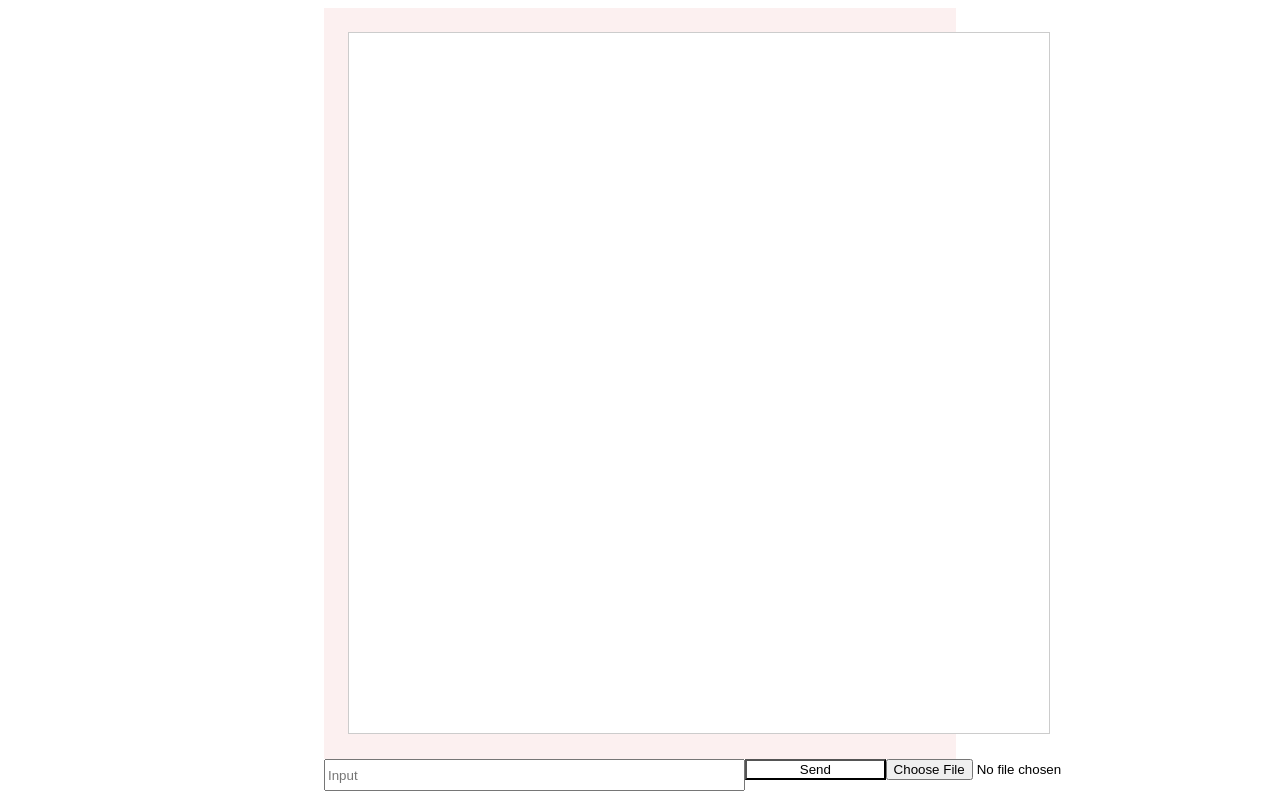
Repository: ddt2h/node-express-chat
Page: front/index.html
These files come from the project's save history. The page is drawn as it stood at one moment and after the next save; the edit follows.
The browser window is 1280 px wide. The pictures show the whole page.
The page's requests for data from a server got no answer.

Above is the page before, as saved 2024-07-08 16:07:39.

After the next save:
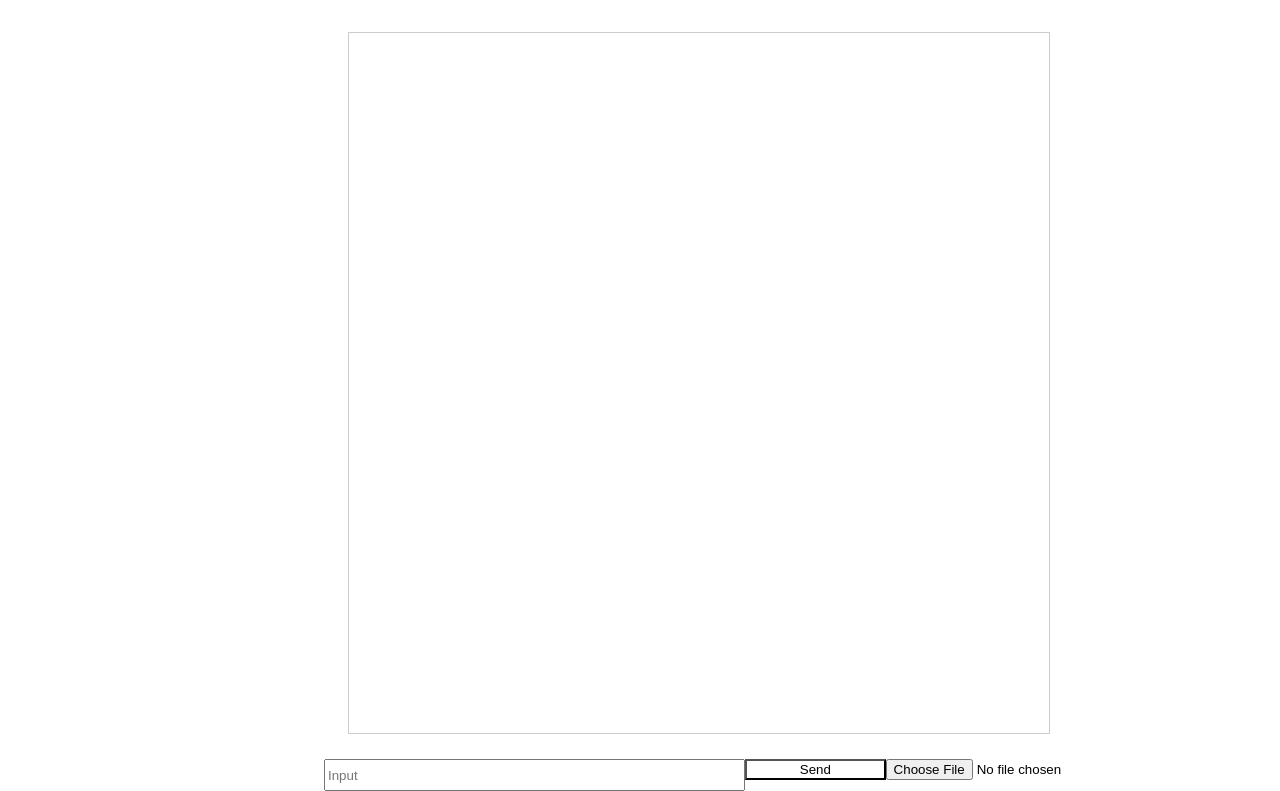
Saved 25 s later.
--- a/front/index.html
+++ b/front/index.html
@@ -15,7 +15,6 @@
         .mainframe {
             width: 50%;
             height: 80%;
-            background-color: rgb(252, 240, 240);
             display: grid;
             grid-template-columns: repeat(5, 1fr);
             grid-template-rows: repeat(5, 1fr);
